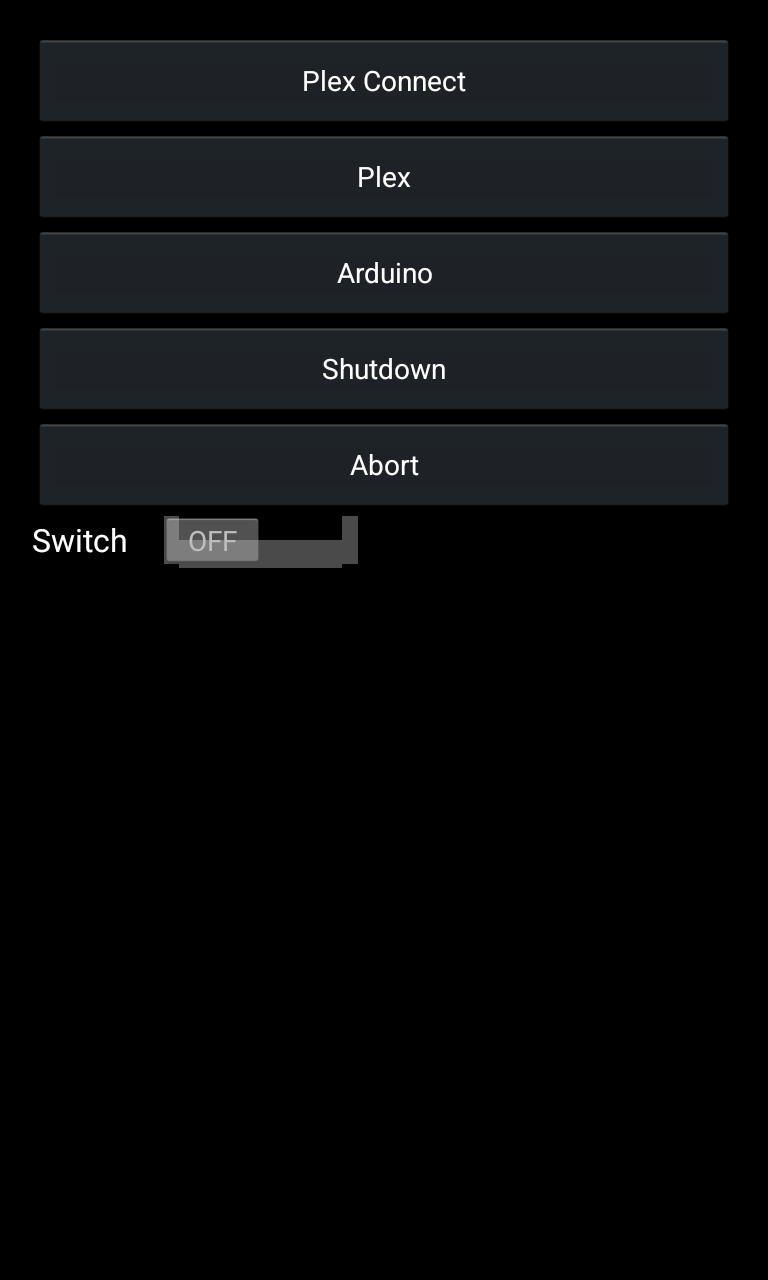
Repository: juanlurie/Android
Layout: TcpClient/res/layout/activity_main.xml
An editor plug-in stored every save of this project. The layout is shown before and after the next save, followed by the edit.
It is drawn on a 768 x 1280 px phone screen (xhdpi) without system bars, with theme AppTheme; the app's code is not run.

Above is the layout before, as saved 2013-08-09 07:16:56.

After the next save:
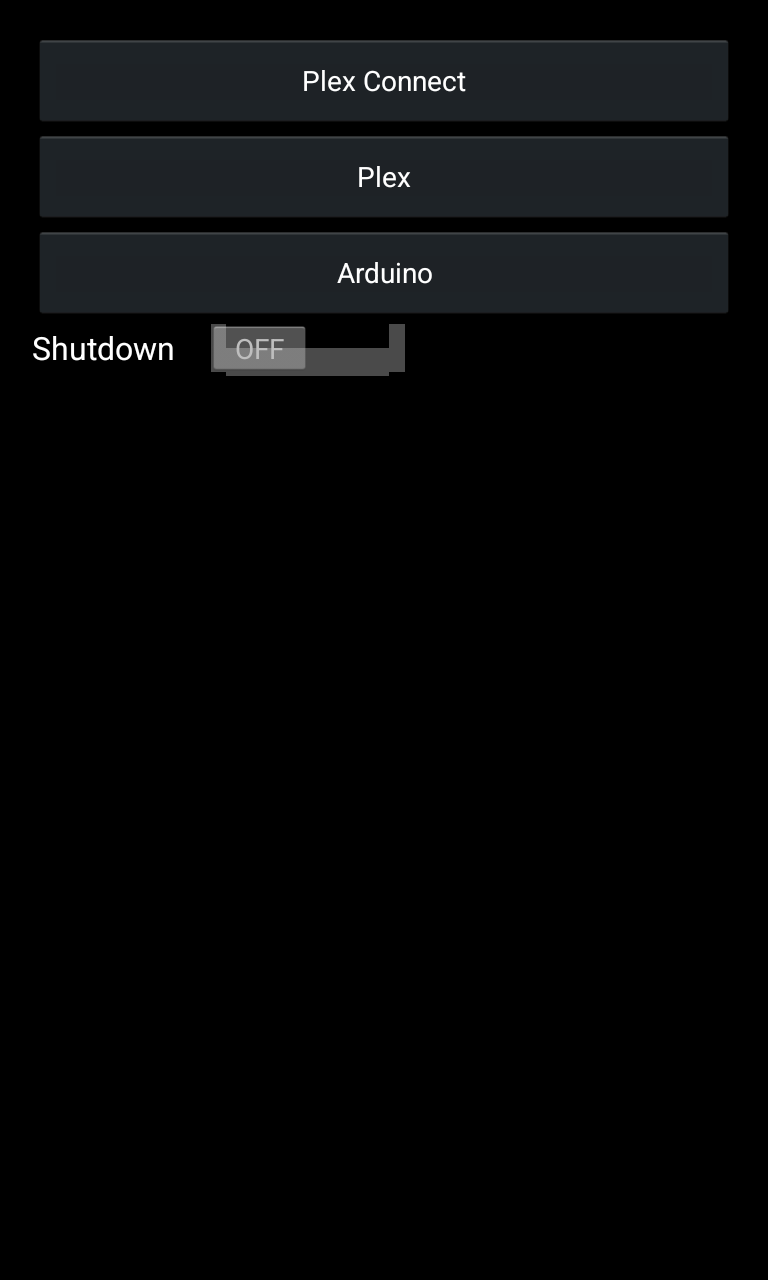
Saved 26 s later.
--- a/TcpClient/res/layout/activity_main.xml
+++ b/TcpClient/res/layout/activity_main.xml
@@ -37,26 +37,11 @@
         android:text="Arduino"
         android:textColor="#FFFFFF" />
 
-    <Button
-        android:layout_width="match_parent"
-        style="?android:attr/buttonStyleSmall"
-        android:layout_height="wrap_content"
-        android:text="Shutdown"
-        android:textColor="#FFFFFF" />
-
-    <Button
-        android:id="@+id/button2"
-        style="?android:attr/buttonStyleSmall"
-         android:layout_width="match_parent"
-        android:layout_height="wrap_content"
-        android:onClick="abortClick"
-        android:text="Abort"
-        android:textColor="#FFFFFF" />
 
     <Switch
         android:id="@+id/switch1"
         android:layout_width="wrap_content"
         android:layout_height="wrap_content"
-        android:text="Switch" />
+        android:text="Shutdown" />
 
 </LinearLayout>
